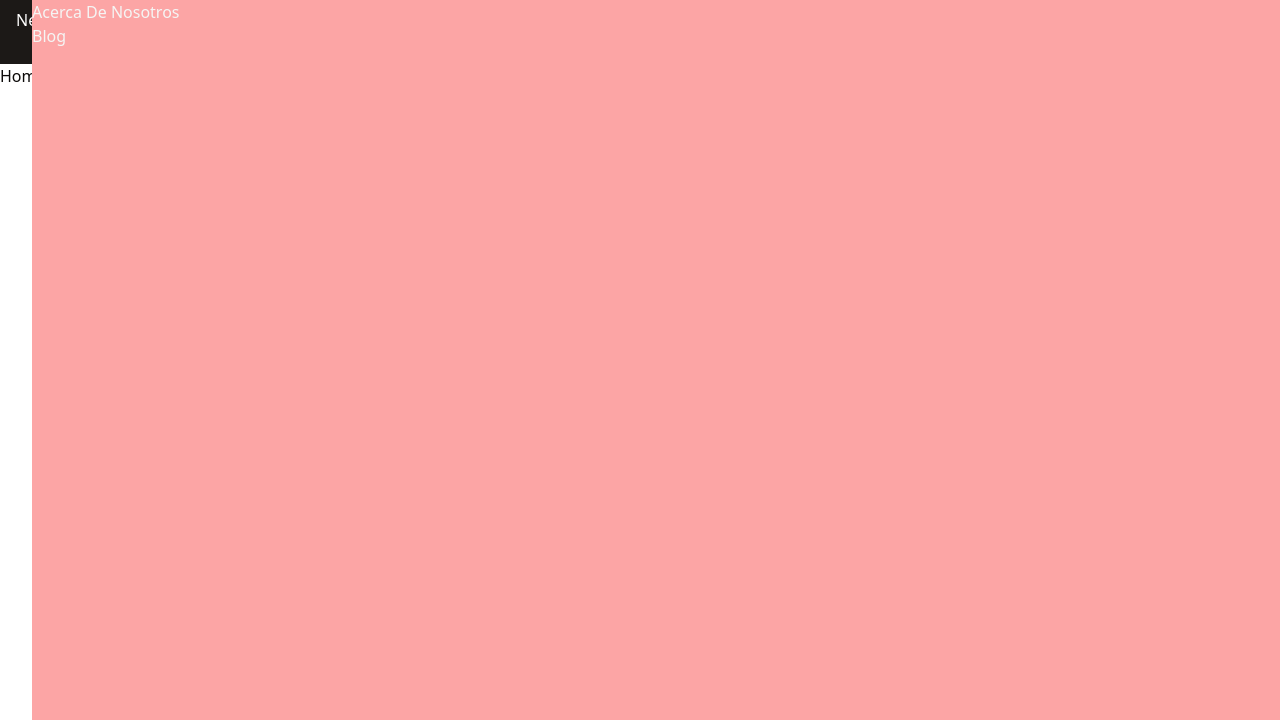
Repository: jefrydep/new-horizont-school
Page: /
An editor plug-in stored every save of this project. The page is shown before and after the next save, followed by the edit.
The browser window is 1280 px wide. The pictures show the whole page.
The project was rebuilt for these pictures with package versions that can differ from the ones it lists, and the page was loaded fresh each time. The framework's server and built-in components were replaced by stand-ins that run in the browser. Also part of the build but not shown: next.config.ts.

Above is the page before, as saved 2024-11-07 18:11:38.

After the next save:
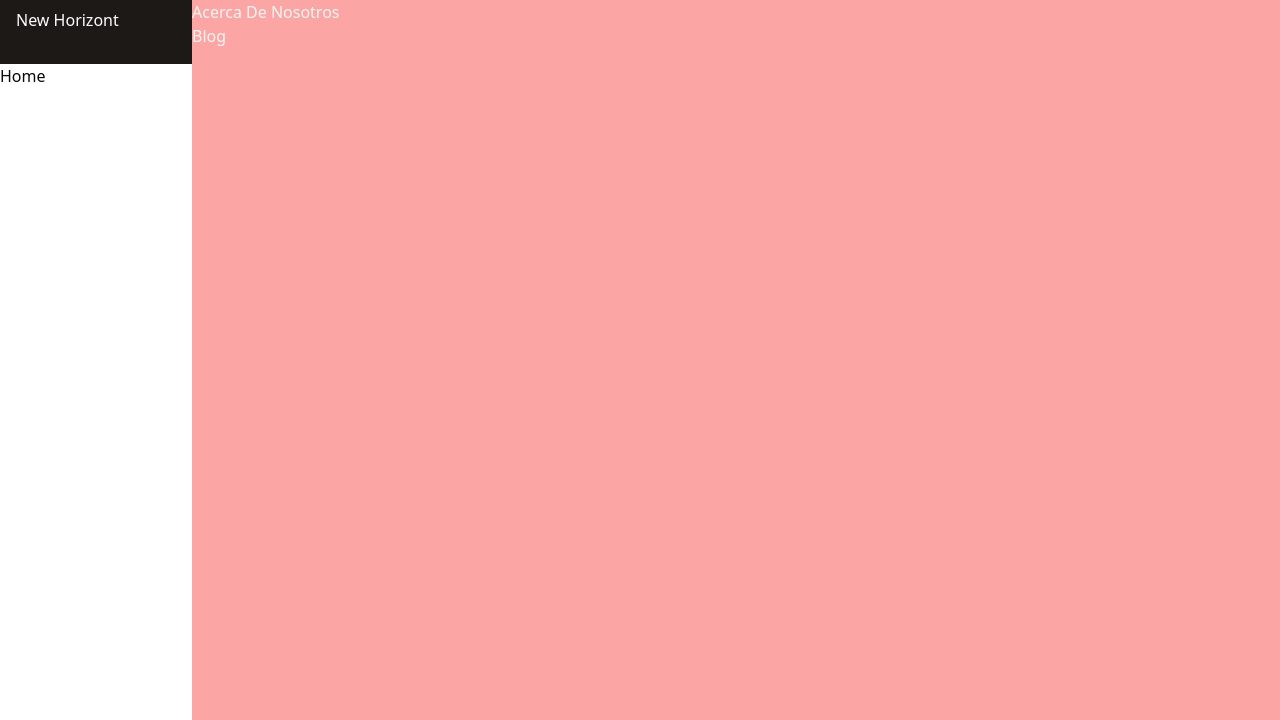
Saved 6 s later.
--- a/src/components/Navbar.tsx
+++ b/src/components/Navbar.tsx
@@ -15,7 +15,7 @@ export default function Navbar() {
             <Link href={"/blog"}>Blog</Link>
           </li>
         </nav>
-        <nav className="outline-none absolute top-0 bottom-0 right-0 left-8  bg-red-300 z-30  list-none">
+        <nav className="outline-none absolute top-0 bottom-0 right-0 left-48  bg-red-300 z-30  list-none">
           <li className="text-secondary">
             <Link href={"/about"}>Acerca De Nosotros</Link>
           </li>
